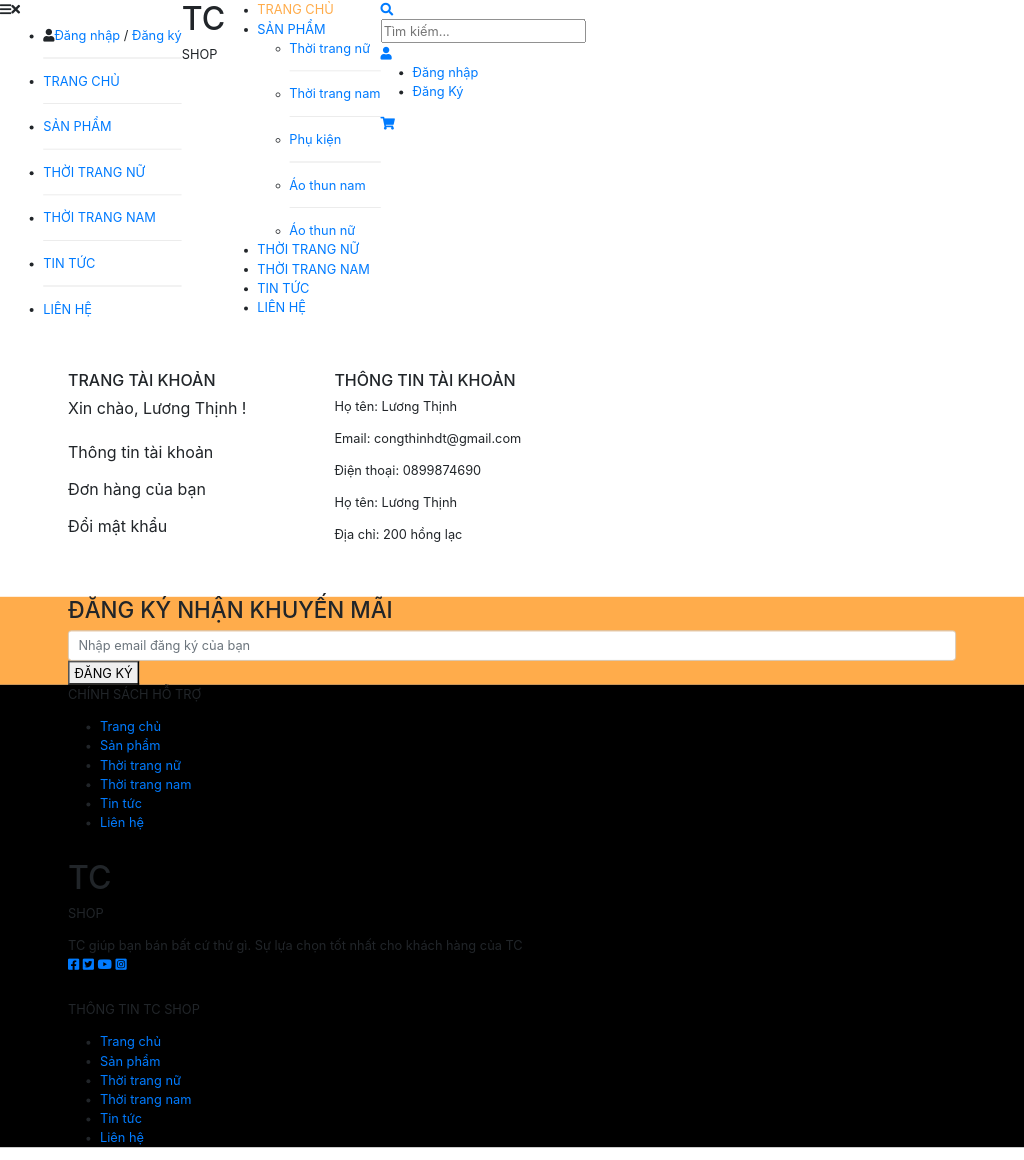
Repository: congthinh1701/TCshop
Page: ThongTinTaiKhoan.html
The author's editor kept a copy of each file at every save. The page is drawn from the files as they stood at one save, then again after the next save.
The browser window is 1280 px wide. The pictures show the whole page, at 80% of full size.
The style sheet was rebuilt from its Sass, Less or Tailwind sources for each picture, by a compiler version that may differ from the author's.

Above is the page before, as saved 2021-09-08 17:10:45.

### ThongTinTaiKhoan.html
<!DOCTYPE html>
<html lang="en">
<head>
    <meta charset="UTF-8">
    <meta http-equiv="X-UA-Compatible" content="IE=edge">
    <meta name="viewport" content="width=device-width, initial-scale=1.0">
    <title>Document</title>
    <link rel="stylesheet" href="fontawesome-free-5.15.4-web/css/all.css">
    <link rel="stylesheet" href="sass/style.css">
</head>
<body>
    <div id="headerID"> <!-- your header --> </div>
    <div class="container admin">
        <div class="trang-tai-khoan">
            <h5>TRANG TÀI KHOẢN</h5>
            <div class="trang-tai-khoan-hello">
                <p><span>Xin chào, </span>Lương Thịnh !</p>
            </div>
            <div class="trang-tai-khoan-thong-tin">
                <p>Thông tin tài khoản</p>
            </div>
            <div class="trang-tai-khoan-hello">
                <p>Đơn hàng của bạn</p>
            </div>
            <div class="trang-tai-khoan-hello">
                <p>Đổi mật khẩu</p>
            </div>
        </div>
        <div class="thong-tin-tai-khoan">
            <h5>THÔNG TIN TÀI KHOẢN</h5>
            <div class="thong-tin-tai-khoan-name">
                <p><span>Họ tên: </span>Lương Thịnh</p>
                <p><span>Email: </span>congthinhdt@gmail.com</p>
                <p><span>Điện thoại: </span>0899874690</p>
                <p><span>Họ tên: </span>Lương Thịnh</p>
                <p><span>Địa chỉ: </span>200 hồng lạc</p>
            </div>
        </div>
    </div>
    <div id="footerID"> <!-- your header --> </div>
    <script src="https://cdnjs.cloudflare.com/ajax/libs/jquery/3.6.0/jquery.min.js" integrity="sha512-894YE6QWD5I59HgZOGReFYm4dnWc1Qt5NtvYSaNcOP+u1T9qYdvdihz0PPSiiqn/+/3e7Jo4EaG7TubfWGUrMQ==" crossorigin="anonymous" referrerpolicy="no-referrer"></script>
    <script>
        $("#headerID").load("header.html");
        $("#footerID").load("footer.html");
      </script>
</body>
</html>

### header.html
<!DOCTYPE html>
<html lang="en">
<head>
    <meta charset="UTF-8">
    <meta http-equiv="X-UA-Compatible" content="IE=edge">
    <meta name="viewport" content="width=device-width, initial-scale=1.0">
    <title>Document</title>
    <link rel="stylesheet" href="assets/css/style.css">
    <link rel="stylesheet" href="assets/css/base.css">
    <link rel="stylesheet" href="fontawesome-free-5.15.4-web/css/all.css">
    <link rel="stylesheet" href="https://maxcdn.bootstrapcdn.com/bootstrap/4.1.3/css/bootstrap.min.css">
    <script src="https://maxcdn.bootstrapcdn.com/bootstrap/4.1.3/js/bootstrap.min.js"></script>
</head>
<body>
    <div class="container-lg">
        <div class="nav">
            <label for="nav-mobile-input" class="nav_bars-btn">
                <i class="fas fa-bars"></i>
            </label>

            <input hidden type="checkbox" name="" class="nav_input" id="nav-mobile-input">
            <label for="nav-mobile-input" class="nav_overlay"></label>
            <nav class="nav-mobile">
                <label for="nav-mobile-input" class="nav__mobile-close">
                    <i class="fas fa-times"></i>
                </label>
                <ul class="nav__mobile-list">

                    <li class="nav__mobile-list-user">

                        <p><i class="fas fa-user"></i><a href="#">Đăng nhập</a> <span>/</span> <a href="#">Đăng ký</a>
                        </p>
                    </li>
                    <hr>
                    <li>
                        <a href="" class="nav__mobile-link">TRANG CHỦ</a>
                    </li>
                    <hr>
                    <li>
                        <a href="" class="nav__mobile-link">SẢN PHẨM</a>
                    </li>
                    <hr>
                    <li>
                        <a href="" class="nav__mobile-link">THỜI TRANG NỮ</a>
                    </li>
                    <hr>
                    <li>
                        <a href="" class="nav__mobile-link">THỜI TRANG NAM</a>
                    </li>
                    <hr>
                    <li>
                        <a href="" class="nav__mobile-link">TIN TỨC</a>
                    </li>
                    <hr>
                    <li>
                        <a href="" class="nav__mobile-link">LIÊN HỆ</a>
                    </li>
                </ul>
            </nav>
            <div class="nav-logo">
                <h1>TC</h1>
                <p>SHOP</p>
            </div>
            <nav class="nav-pc">
                <ul class="nav__list">
                    <li>
                        <a style="color:#ffac4b" href="home.html" class="nav__link">TRANG CHỦ</a>
                    </li>
                    <li class="options">
                        <a href="" class="nav__link">SẢN PHẨM</a>
                        <div class="nav__link-options">
                            <ul class="nav__link-options-list">
                                <li><a href="#">Thời trang nữ</a></li>
                                <hr>
                                <li><a href="#">Thời trang nam</a></li>
                                <hr>
                                <li><a href="#">Phụ kiện</a></li>
                                <hr>
                                <li><a href="#">Áo thun nam</a></li>
                                <hr>
                                <li><a href="#">Áo thun nữ</a></li>
                            </ul>
                        </div>
                    </li>
                    <li>
                        <a href="" class="nav__link">THỜI TRANG NỮ</a>
                    </li>
                    <li>
                        <a href="" class="nav__link">THỜI TRANG NAM</a>
                    </li>
                    <li>
                        <a href="" class="nav__link">TIN TỨC</a>
                    </li>
                    <li>
                        <a href="" class="nav__link">LIÊN HỆ</a>
                    </li>
                </ul>
            </nav>
            <div class="nav-right">
                <div class="search">
                    <a href="#"><i class="fas fa-search"></i></a>
                    <div class="search-hover">
                        <form>
                            <input class="search" type="text" name="search" placeholder="Tìm kiếm..." />
                        </form>
                    </div>
                </div>
                <div class="user">
                    <a href="#"> <i class="fas fa-user"></i></a>
                    <div class="user-hover">
                        <ul class="user-hover-list">
                            <li class="nav_link"><a href="#">Đăng nhập</a></li>
                            <li><a href="#">Đăng Ký</a></li>
                        </ul>
                    </div>
                </div>
                <div class="shopping">
                    <a href="card.html"><i class="fas fa-shopping-cart"></i></a>

                </div>
            </div>


        </div>
    </div>
</body>
</html>

### footer.html
<!DOCTYPE html>
<html lang="en">
<head>
    <meta charset="UTF-8">
    <meta http-equiv="X-UA-Compatible" content="IE=edge">
    <meta name="viewport" content="width=device-width, initial-scale=1.0">
    <title>Document</title>
    <link rel="stylesheet" href="assets/css/style.css">
    <link rel="stylesheet" href="assets/css/base.css">
    <link rel="stylesheet" href="fontawesome-free-5.15.4-web/css/all.css">
    <link rel="stylesheet" href="https://maxcdn.bootstrapcdn.com/bootstrap/4.1.3/css/bootstrap.min.css">
    <script src="https://maxcdn.bootstrapcdn.com/bootstrap/4.1.3/js/bootstrap.min.js"></script>
</head>
<body>
    <div class="container-lg" style="background-color: #ffac4b; margin-top: 50px;">
        <div class="container dangky">
            <div class="dangky-left">
                <h3>ĐĂNG KÝ NHẬN KHUYẾN MÃI</h3>
            </div>
            <div class="dangky-right">
                <form>
                    <input class="form-control" type="text" placeholder="Nhập email đăng ký của bạn">
                    <button type="button">ĐĂNG KÝ</button>
                </form>
            </div>
        </div>
    </div>

    <div class="container-lg" style="background-color: black">
        <div class="container footer">
            <div class="chinhsach-hotro">
                <p class="header">CHÍNH SÁCH HỖ TRỢ</p>
                <ul class="nav-list">
                    <li class="nav_link"><a href="#">Trang chủ</a></li>
                    <li class="nav_link"><a href="#">Sản phẩm</a></li>
                    <li class="nav_link"><a href="#">Thời trang nữ</a></li>
                    <li class="nav_link"><a href="#">Thời trang nam</a></li>
                    <li class="nav_link"><a href="#">Tin tức</a></li>
                    <li class="nav_link"><a href="#">Liên hệ</a></li>
                </ul>
            </div>
            <hr>
            <div class="ketnoi-shop">
                <h1>TC</h1>
                <p>SHOP</p>
                <span>TC giúp bạn bán bất cứ thứ gì. Sự lựa chọn tốt nhất cho khách hàng của TC</span>
                <div class="mangxahoi">
                    <a href="#"><i class="fab fa-facebook-square"></i></a>
                    <a href="#"><i class="fab fa-twitter-square"></i></a>
                    <a href="#"><i class="fab fa-youtube"></i></a>
                    <a href="#"><i class="fab fa-instagram-square"></i></a>
                </div>
            </div>
            <hr>
            <div class="thongtin-shop">
                <p class="header">THÔNG TIN TC SHOP</p>
                <ul class="nav-list">
                    <li class="nav_link"><a href="#">Trang chủ</a></li>
                    <li class="nav_link"><a href="#">Sản phẩm</a></li>
                    <li class="nav_link"><a href="#">Thời trang nữ</a></li>
                    <li class="nav_link"><a href="#">Thời trang nam</a></li>
                    <li class="nav_link"><a href="#">Tin tức</a></li>
                    <li class="nav_link"><a href="#">Liên hệ</a></li>
                </ul>
            </div>
        </div>
    </div>
</body>
</html>

### assets/css/base.css
:root{
    --primary-color:#EE4D2D;
    --primary-color-rgba:rgb(238,75,43);
    --white-color:#fff;
    --black-color:#000;
    --text-color:#333333;
    --font-weight:700;
    --font-size-product:19px;
    --font-weight-product:400;
    --font-size-price:18px;
    --header-height:120px;
    --navbar-height:34px;
    --header-with-search-height:calc(var(var(--header-height)-var(var(--navbar-height))))

}

### sass/style.scss

$text-fontSize:20px;
$text-fontSizeTK:22px;
$fontWeight:500;

.admin{
    display:flex;
    --columns:2;
    margin-top: 50px;
}
.trang-tai-khoan{
    width: calc(100% / var(--columns) - 20%);
    p {
        font-size: $text-fontSize;
    }
    &-thong-tin{
        margin-top:25px
    }

}
.thong-tin-tai-khoan{
    width: calc(100% / var(--columns) + 20%);

}

Loaded but not shown: fontawesome-free-5.15.4-web/css/all.css (library)

After the next save:
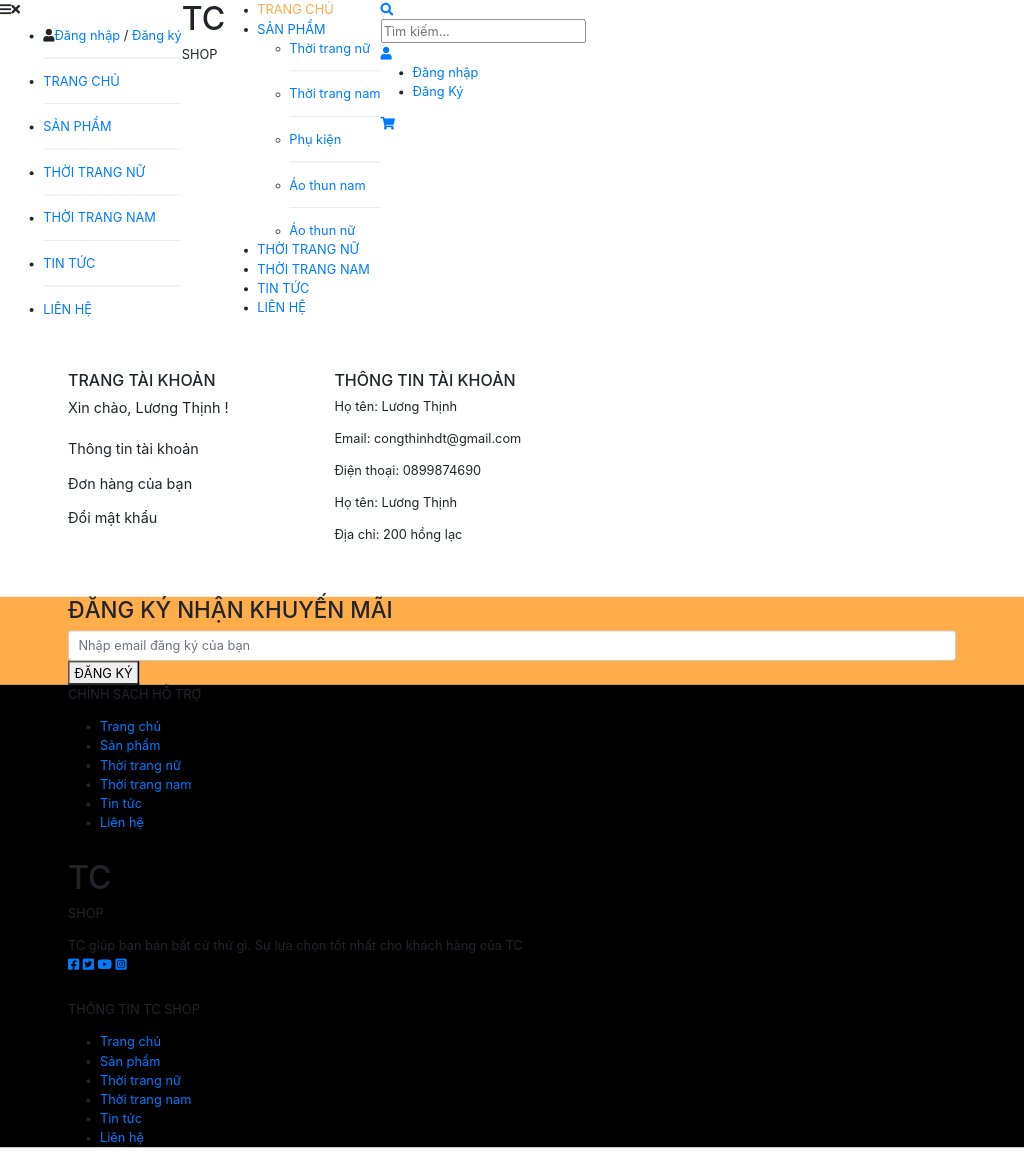
Saved 10 s later.
--- a/sass/style.scss
+++ b/sass/style.scss
@@ -1,5 +1,5 @@
 
-$text-fontSize:20px;
+$text-fontSize:18px;
 $text-fontSizeTK:22px;
 $fontWeight:500;
 
